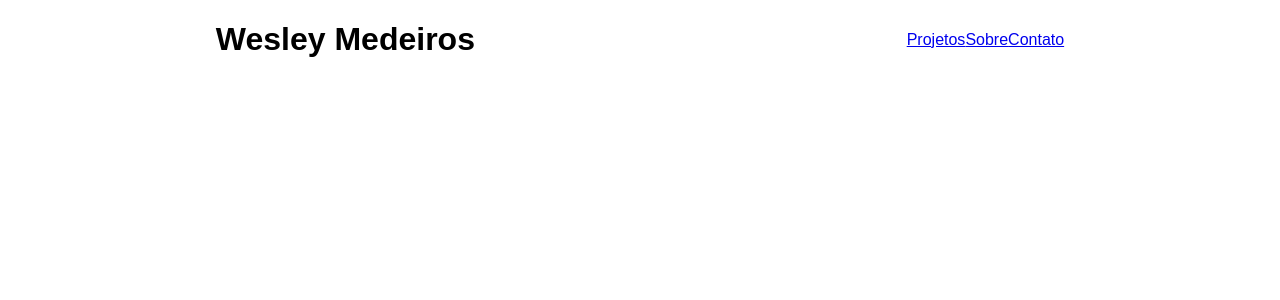
Repository: Luandro-com/wmedeiros
Page: /contato
An editor plug-in stored every save of this project. The page is shown before and after the next save, followed by the edit.
The browser window is 1280 px wide. The pictures show the whole page.
The project was rebuilt for these pictures with package versions that can differ from the ones it lists, and the page was loaded fresh each time. Also part of the build but not shown: src/components/Home.js, src/components/About.js, src/components/Contact.js.

Above is the page before, as saved 2018-01-30 17:00:02.

### src/components/App.js
import React from 'react'
import {
  BrowserRouter as Router,
  Route
} from 'react-router-dom'
import Header from './Header'
import Home from './Home'
import About from './About'
import Contact from './Contact'

const App = () => (
  <Router>
    <div>
      <Header />
      <Route exact path="/" component={Home}/>
      <Route path="/about" component={About}/>
      <Route path="/contact" component={Contact}/>
    </div>
  </Router>
)
export default App

### src/components/Header.js
import React from 'react';
import { Link } from 'react-router-dom';
import './Header.css';

export default () => (
  <header className="Header">
    <h1 className="Header-logo">Wesley Medeiros</h1>
    <div className="Header-nav">
      <Link to="/">Projetos</Link>
      <Link to="/about">Sobre</Link>
      <Link to="/contact">Contato</Link>
    </div>
  </header>
);

### src/components/Header.css
.Header {
  display: flex;
  justify-content: space-around;
  align-items: center;
}

.Header-nav {
  display: flex;
  justify-content: space-around;
  align-items: center;
}

Loaded but not shown: public/index.html (common file); src/index.js (common file); src/index.css (common file); src/registerServiceWorker.js (common file)

After the next save:
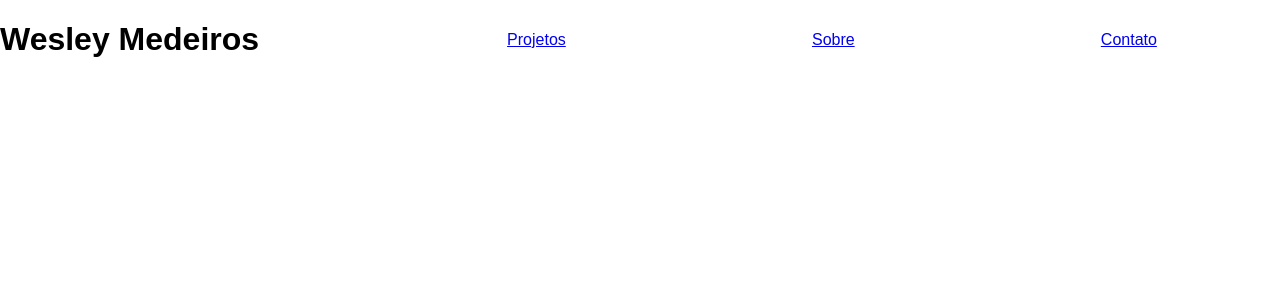
Saved 29 s later.
--- a/src/components/Header.css
+++ b/src/components/Header.css
@@ -4,7 +4,12 @@
   align-items: center;
 }
 
+.Header-logo {
+  width: 30%;
+}
+
 .Header-nav {
+  width: 70%;
   display: flex;
   justify-content: space-around;
   align-items: center;
